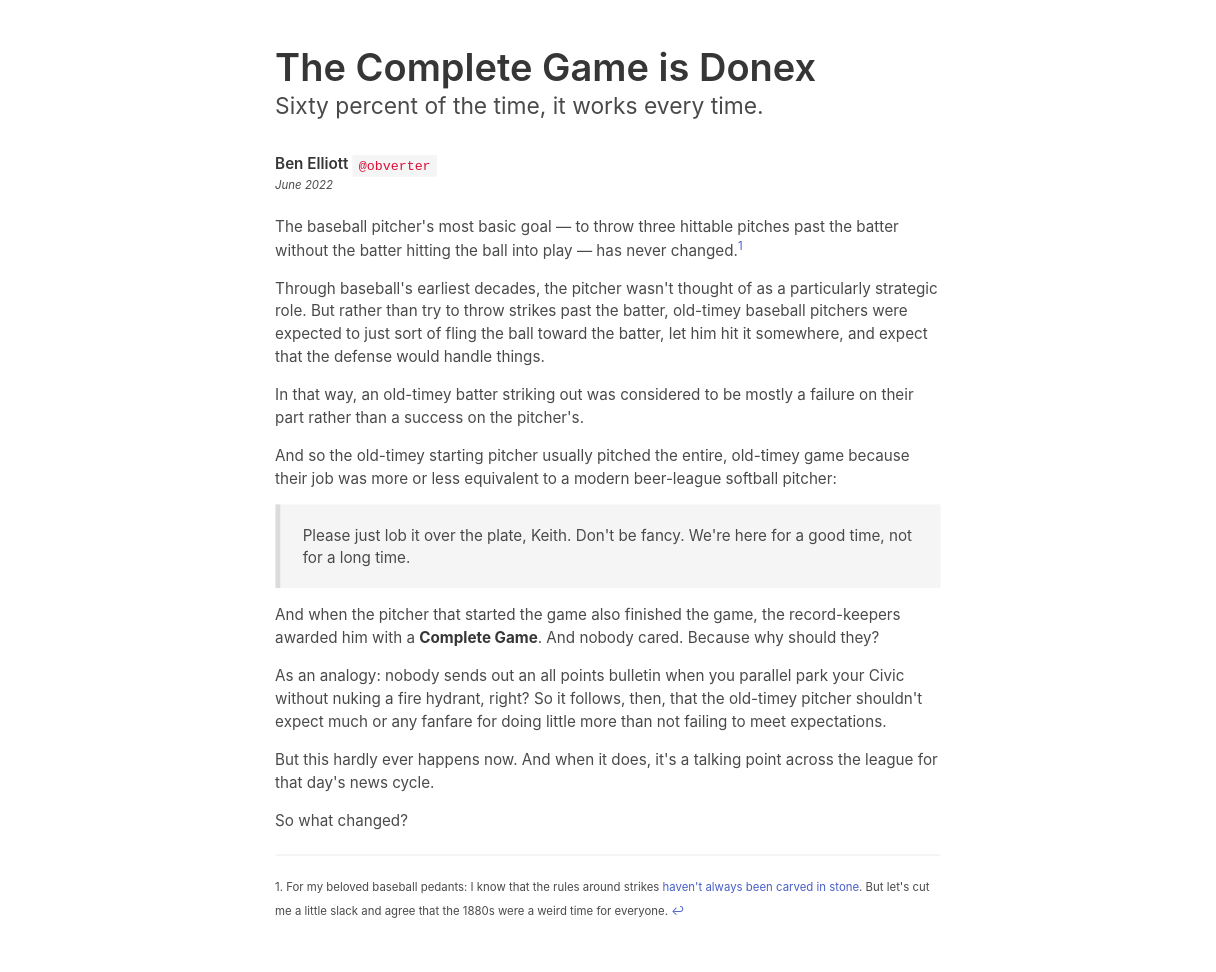
Repository: obverter/complete-games-are-done
Page: index.html
An editor plug-in stored every save of this project. The page is shown before and after the next save, followed by the edit.
The browser window is 1280 px wide. The pictures show the whole page, at 95% of full size.

Above is the page before, as saved 2022-06-24 16:50:57.

### index.html
<!DOCTYPE html>
<html>
    <head>
        <meta charset="utf-8" />
        <meta name="viewport" content="width=device-width, initial-scale=1" />
        <title>Story!</title>
        <!-- todo: Title above is the text in the browser tab. -->
        <link
            rel="stylesheet"
            href="https://cdn.jsdelivr.net/npm/bulma@0.9.4/css/bulma.min.css"
        />
    </head>
    <body>
        <section class="section">
            <div class="content is-0">
                <div class="columns">
                    <div class="column is-one-fifth"></div>
                    <div class="column is-three-fifths">
                        <h1 class="title is-2">The Complete Game is Donex</h1>
                        <!-- todo: Title above is the Content title. -->
                        <p class="subtitle is-4">
                            Sixty percent of the time, it works every time.
                            <!-- todo: Subtitle above is the Content subtitle. -->
                        </p>
                    </div>
                    <!-- <div class="column is-one-fifth"></div> -->
                </div>
            </div>
            <div class="columns">
                <div class="column is-one-fifth"></div>
                <div class="column is-three-fifths">
                    <h6 class="title is-6">
                        Ben Elliott <code>@obverter</code>
                    </h6>
                    <h6 class="subtitle is-7"><em>June 2022</em></h6>
                    <div class="content">
                        <p>
                            The baseball pitcher's most basic goal — to throw three
                            hittable pitches past the batter without the batter
                            hitting the ball into play — has never changed.<sup><a href="#fn1" id="ref1">1</a></sup>
                        </p>
                        <p>
                            Through baseball's earliest decades, the pitcher
                            wasn't thought of as a particularly strategic role.
                            But rather than try to throw strikes past the
                            batter, old-timey baseball pitchers were expected to
                            just sort of fling the ball toward the batter, let
                            him hit it somewhere, and expect that the defense
                            would handle things.
                        </p>
                        <p>
                            In that way, an old-timey batter striking out was
                            considered to be mostly a failure on their part
                            rather than a success on the pitcher's.
                        </p>
                        <p>
                            And so the old-timey starting pitcher usually
                            pitched the entire, old-timey game because their job was more or less equivalent to a modern beer-league softball pitcher:
                        </p>
                            <blockquote>Please just lob it over the plate, Keith. Don't be fancy. We're here for a good time, not for a long time.</blockquote>
                        <p>
                            And when the pitcher that started the game also
                            finished the game, the record-keepers awarded him
                            with a <strong>Complete Game</strong>. And nobody
                            cared. Because why should they?
                        </p>
                        <p>
                            As an analogy: nobody sends out an all points
                            bulletin when you parallel park your Civic without
                            nuking a fire hydrant, right? So it follows, then,
                            that the old-timey pitcher shouldn't expect much or
                            any fanfare for doing little more than not failing
                            to meet expectations.
                        </p>
                        <p>
                            But this hardly ever happens now. And when it does,
                            it&#39;s a talking point across the league for that
                            day&#39;s news cycle.
                        </p>
                        <p>So what changed?</p>

                        <hr></hr>

<sup id="fn1">1. For my beloved baseball pedants: I know that the rules around strikes <a href="https://www.baseball-almanac.com/articles/strike_zone_rules_history.shtml">haven't always been carved in stone</a>. But let's cut me a little slack and agree that the 1880s were a weird time for everyone. <a href="#ref1" title="Jump back to footnote 1 in the text.">↩</a></sup>
                    </div>
                </div>
                <div class="column is one-fifth"></div>
            </div>
        </section>
    </body>
</html>

After the next save:
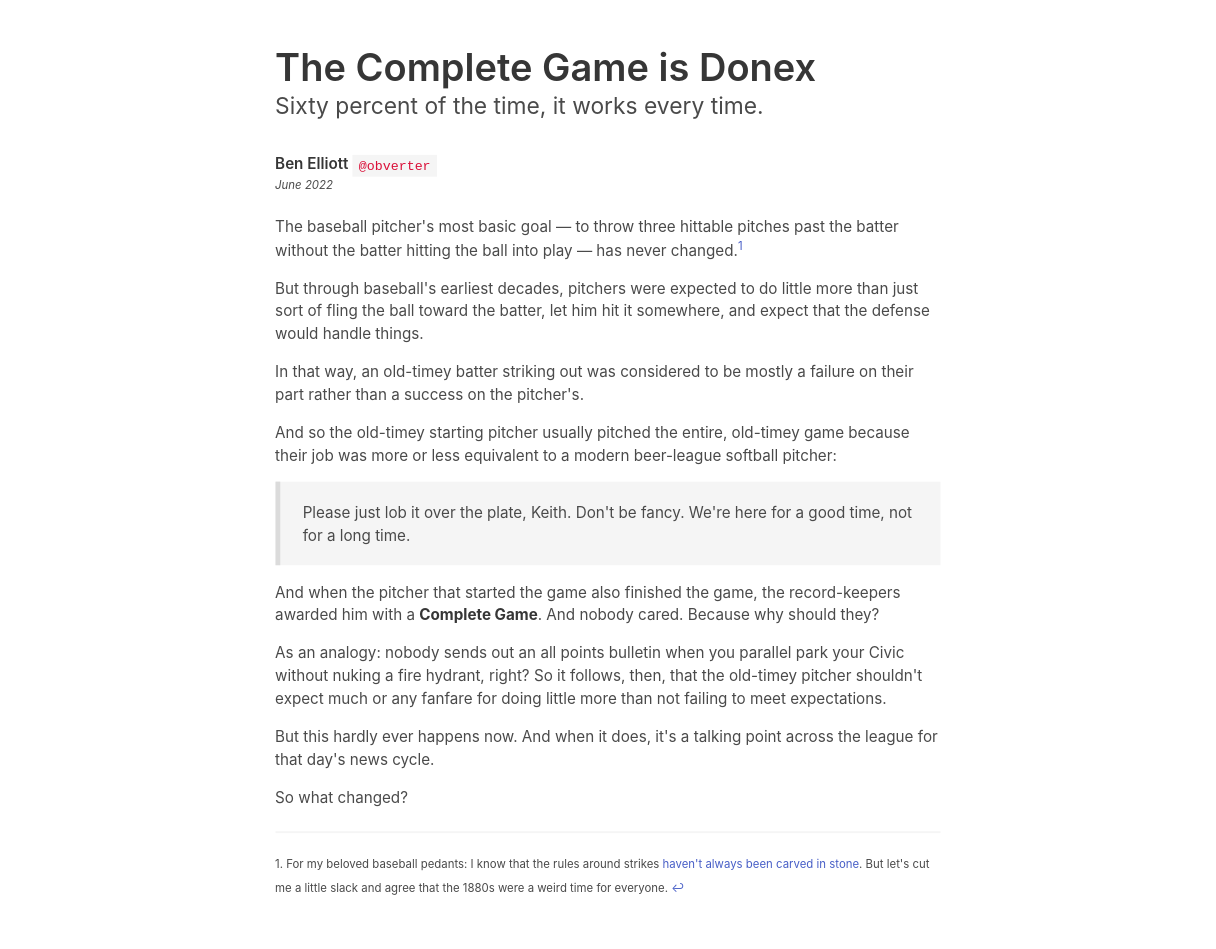
Saved 2 min 0 s later.
--- a/index.html
+++ b/index.html
@@ -40,10 +40,7 @@
                             hitting the ball into play — has never changed.<sup><a href="#fn1" id="ref1">1</a></sup>
                         </p>
                         <p>
-                            Through baseball's earliest decades, the pitcher
-                            wasn't thought of as a particularly strategic role.
-                            But rather than try to throw strikes past the
-                            batter, old-timey baseball pitchers were expected to
+                            But through baseball's earliest decades, pitchers were expected to do little more than
                             just sort of fling the ball toward the batter, let
                             him hit it somewhere, and expect that the defense
                             would handle things.
